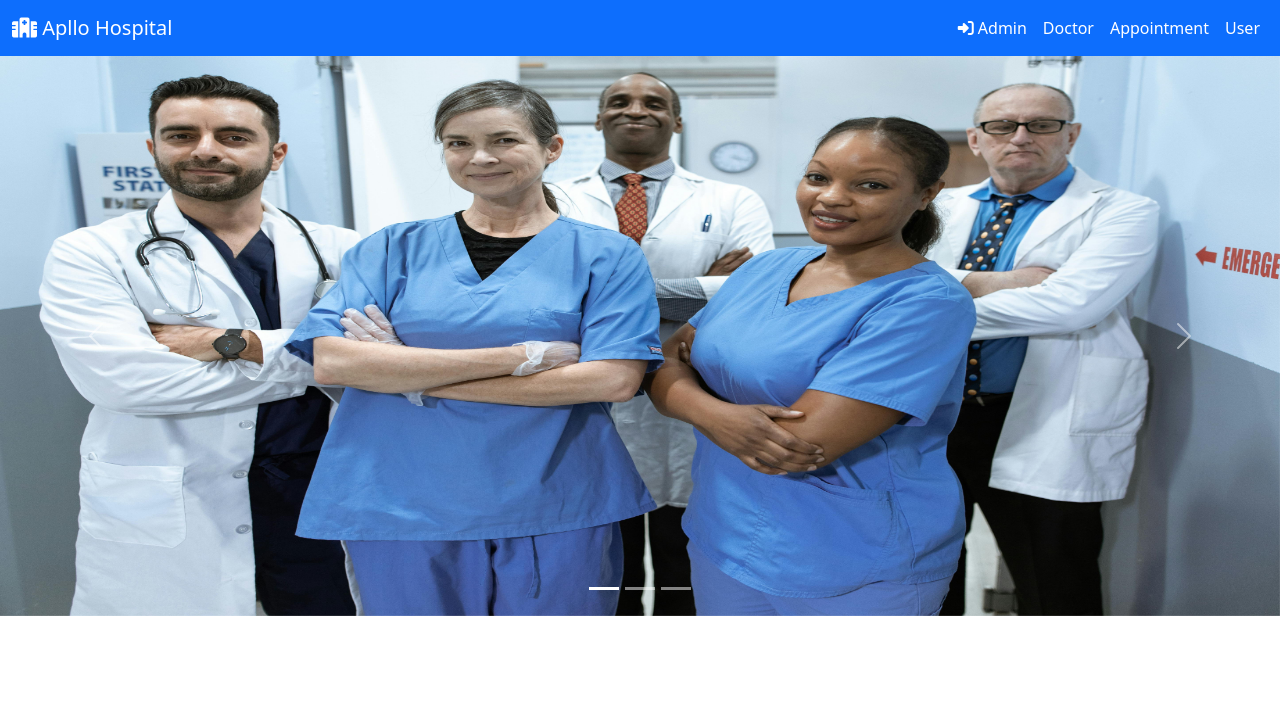
Repository: Subhadip09/Hospital-Management-System
Page: http://localhost/Hospital-Management-System/
The author's editor kept a copy of each file at every save. The page is drawn from the files as they stood at one save, then again after the next save.
The browser window is 1280 px wide. The pictures show the whole page.
The page is served by Tomcat 9. Other server files are loaded and not shown.

Above is the page before, as saved 2024-04-05 17:07:37.

### Hospital-Management-System/src/main/webapp/index.jsp
<%@ page language="java" contentType="text/html; charset=UTF-8"
	pageEncoding="UTF-8"%>
<!DOCTYPE html>
<html>
<head>
<meta charset="UTF-8">
<title>Index Page</title>
<%@include file="component/allcss.jsp"%>
</head>
<body>
	<%@include file="component/navbar.jsp"%>
	<div id="carouselExampleIndicators" class="carousel slide">
		<div class="carousel-indicators">
			<button type="button" data-bs-target="#carouselExampleIndicators"
				data-bs-slide-to="0" class="active" aria-current="true"
				aria-label="Slide 1"></button>
			<button type="button" data-bs-target="#carouselExampleIndicators"
				data-bs-slide-to="1" aria-label="Slide 2"></button>
			<button type="button" data-bs-target="#carouselExampleIndicators"
				data-bs-slide-to="2" aria-label="Slide 3"></button>
		</div>
		<div class="carousel-inner">
			<div class="carousel-item active">
				<img src="img/hos1.jpg" class="d-block w-100" alt="..." width="90%" height="560px">
			</div>
			<div class="carousel-item">
				<img src="img/hos2.jpg" class="d-block w-100" alt="..." height="560px">
			</div>
			<div class="carousel-item">
				<img src="img/hos3.jpg" class="d-block w-100" alt="..." height="560px">
			</div>
		</div>
		<button class="carousel-control-prev" type="button"
			data-bs-target="#carouselExampleIndicators" data-bs-slide="prev">
			<span class="carousel-control-prev-icon" aria-hidden="true"></span> <span
				class="visually-hidden">Previous</span>
		</button>
		<button class="carousel-control-next" type="button"
			data-bs-target="#carouselExampleIndicators" data-bs-slide="next">
			<span class="carousel-control-next-icon" aria-hidden="true"></span> <span
				class="visually-hidden">Next</span>
		</button>
	</div>

</body>
</html>

### Hospital-Management-System/src/main/webapp/component/allcss.jsp
<link
	href="https://cdn.jsdelivr.net/npm/bootstrap@5.3.3/dist/css/bootstrap.min.css"
	rel="stylesheet"
	integrity="sha384-QWTKZyjpPEjISv5WaRU9OFeRpok6YctnYmDr5pNlyT2bRjXh0JMhjY6hW+ALEwIH"
	crossorigin="anonymous">

<link rel="stylesheet"
	href="https://cdnjs.cloudflare.com/ajax/libs/font-awesome/6.5.2/css/all.min.css"
	integrity="sha512-SnH5WK+bZxgPHs44uWIX+LLJAJ9/2PkPKZ5QiAj6Ta86w+fsb2TkcmfRyVX3pBnMFcV7oQPJkl9QevSCWr3W6A=="
	crossorigin="anonymous" referrerpolicy="no-referrer" />

<script
	src="https://cdn.jsdelivr.net/npm/bootstrap@5.3.3/dist/js/bootstrap.bundle.min.js"
	integrity="sha384-YvpcrYf0tY3lHB60NNkmXc5s9fDVZLESaAA55NDzOxhy9GkcIdslK1eN7N6jIeHz"
	crossorigin="anonymous"></script>

### Hospital-Management-System/src/main/webapp/component/navbar.jsp
<nav class="navbar navbar-expand-lg navbar-dark bg-primary">
	<div class="container-fluid">
		<a class="navbar-brand" href="index.jsp"><i class="fa-solid fa-hospital"></i> Apllo Hospital</a>
		<button class="navbar-toggler" type="button" data-bs-toggle="collapse"
			data-bs-target="#navbarSupportedContent"
			aria-controls="navbarSupportedContent" aria-expanded="false"
			aria-label="Toggle navigation">
			<span class="navbar-toggler-icon"></span>
		</button>
		<div class="collapse navbar-collapse" id="navbarSupportedContent">
			<ul class="navbar-nav ms-auto mb-2 mb-lg-0">

				<li class="nav-item"><a class="nav-link active"
					aria-current="page" href="admin_login.jsp"><i class="fa-solid fa-right-to-bracket"></i> Admin</a></li>

				<li class="nav-item"><a class="nav-link active"
					aria-current="page" href="doctor_login.jsp">Doctor</a></li>

				<li class="nav-item"><a class="nav-link active"
					aria-current="page" href="#">Appointment</a></li>

				<li class="nav-item"><a class="nav-link active"
					aria-current="page" href="user_login.jsp">User</a></li>


				<!-- <li class="nav-item dropdown"><a
					class="nav-link dropdown-toggle" href="#" role="button"
					data-bs-toggle="dropdown" aria-expanded="false"> Dropdown </a>
					<ul class="dropdown-menu">
						<li><a class="dropdown-item" href="#">Action</a></li>
						<li><a class="dropdown-item" href="#">Another action</a></li>
						<li><hr class="dropdown-divider"></li>
						<li><a class="dropdown-item" href="#">Something else here</a></li>
					</ul></li> -->


			</ul>
		</div>
	</div>
</nav>

After the next save:
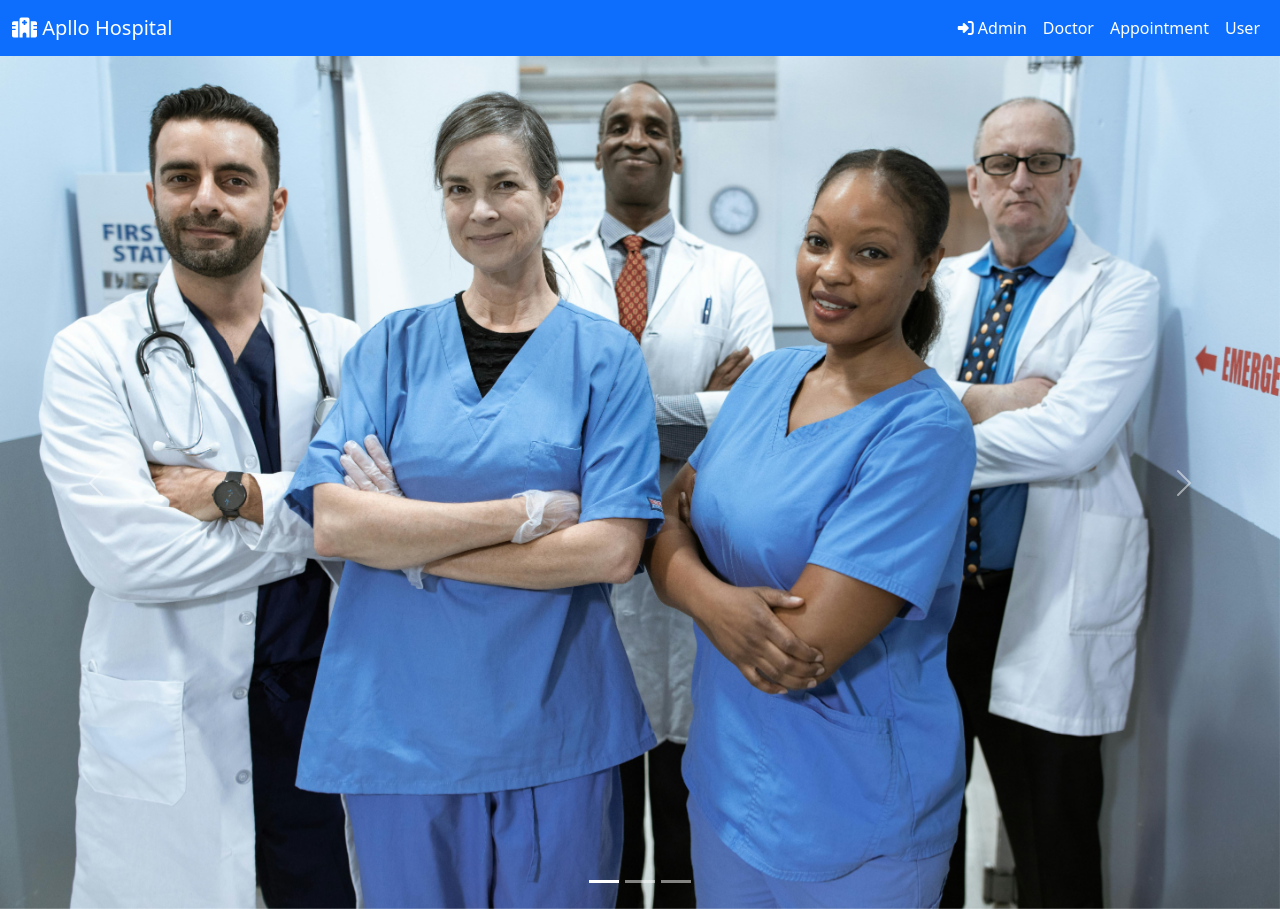
Saved 22 s later.
--- a/Hospital-Management-System/src/main/webapp/index.jsp
+++ b/Hospital-Management-System/src/main/webapp/index.jsp
@@ -21,7 +21,7 @@
 		</div>
 		<div class="carousel-inner">
 			<div class="carousel-item active">
-				<img src="img/hos1.jpg" class="d-block w-100" alt="..." width="90%" height="560px">
+				<img src="img/hos1.jpg" class="d-block w-100" alt="..." width="90%" height="80%">
 			</div>
 			<div class="carousel-item">
 				<img src="img/hos2.jpg" class="d-block w-100" alt="..." height="560px">
